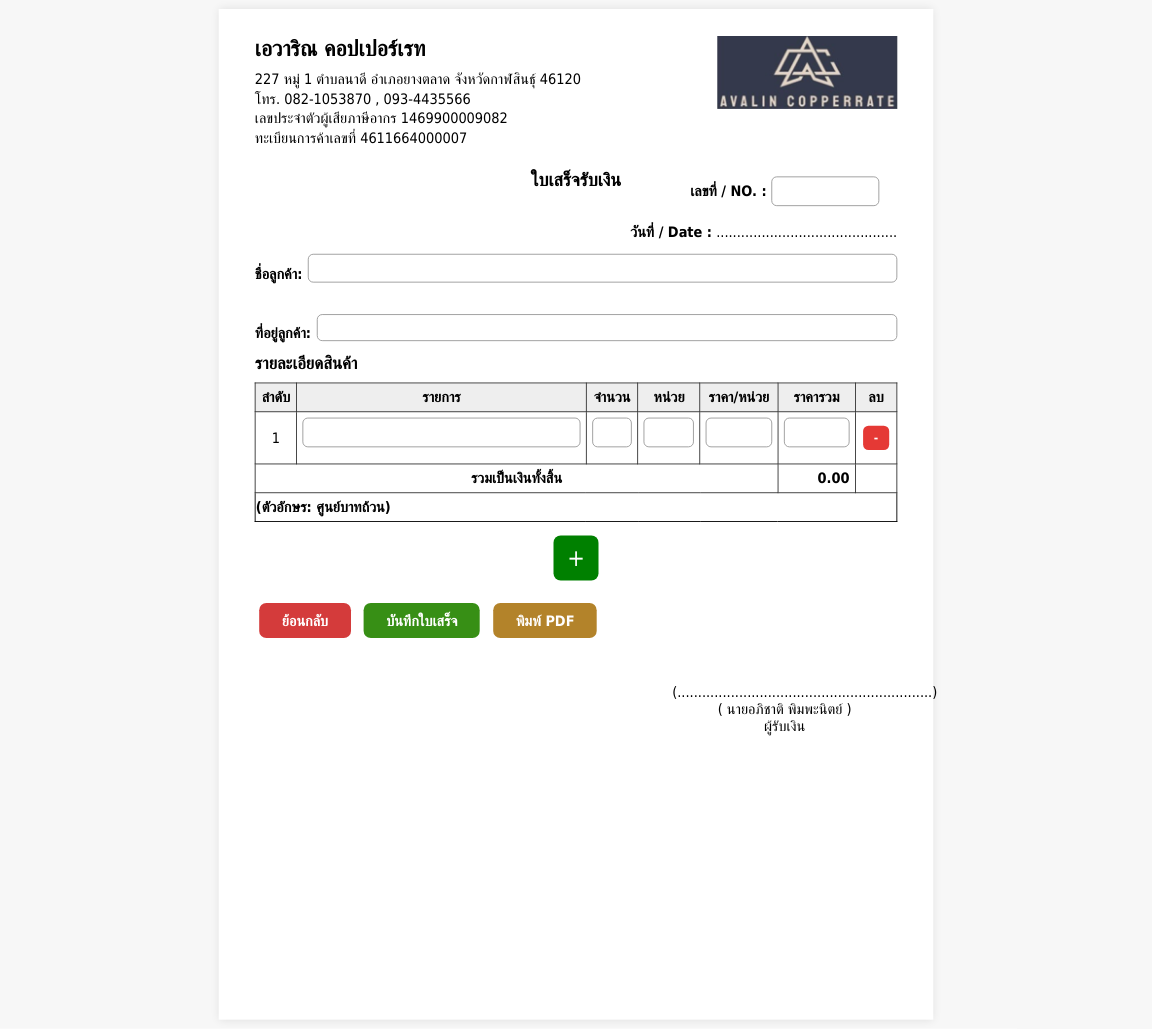
Repository: Hermesmercury88/shop_it
Page: quotation.html
An editor plug-in stored every save of this project. The page is shown before and after the next save, followed by the edit.
The browser window is 1280 px wide. The pictures show the whole page, at 90% of full size.
Some web fonts or font styles are not loaded; a fallback is used.

Above is the page before, as saved 2025-09-21 13:17:32.

After the next save:
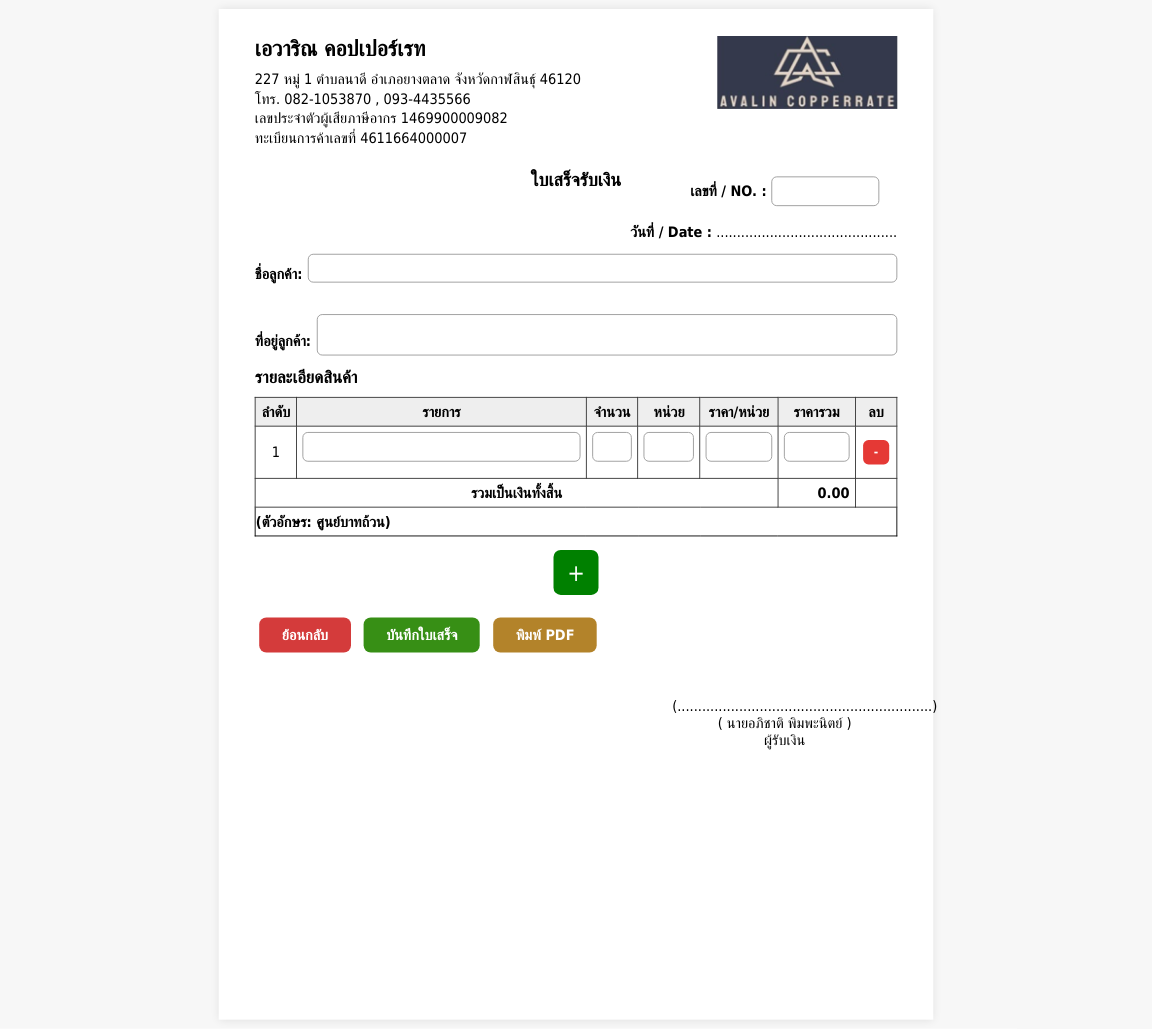
Saved 13 s later.
--- a/css/quotation.css
+++ b/css/quotation.css
@@ -134,7 +134,7 @@
 
 .customer-info textarea {
   resize: none;
-  line-height: 0.5;
+  line-height: 1;
   min-height: 30px;     /* กำหนดความสูงขั้นต่ำ */
   white-space: normal;
   word-wrap: break-word;

After the save that followed:
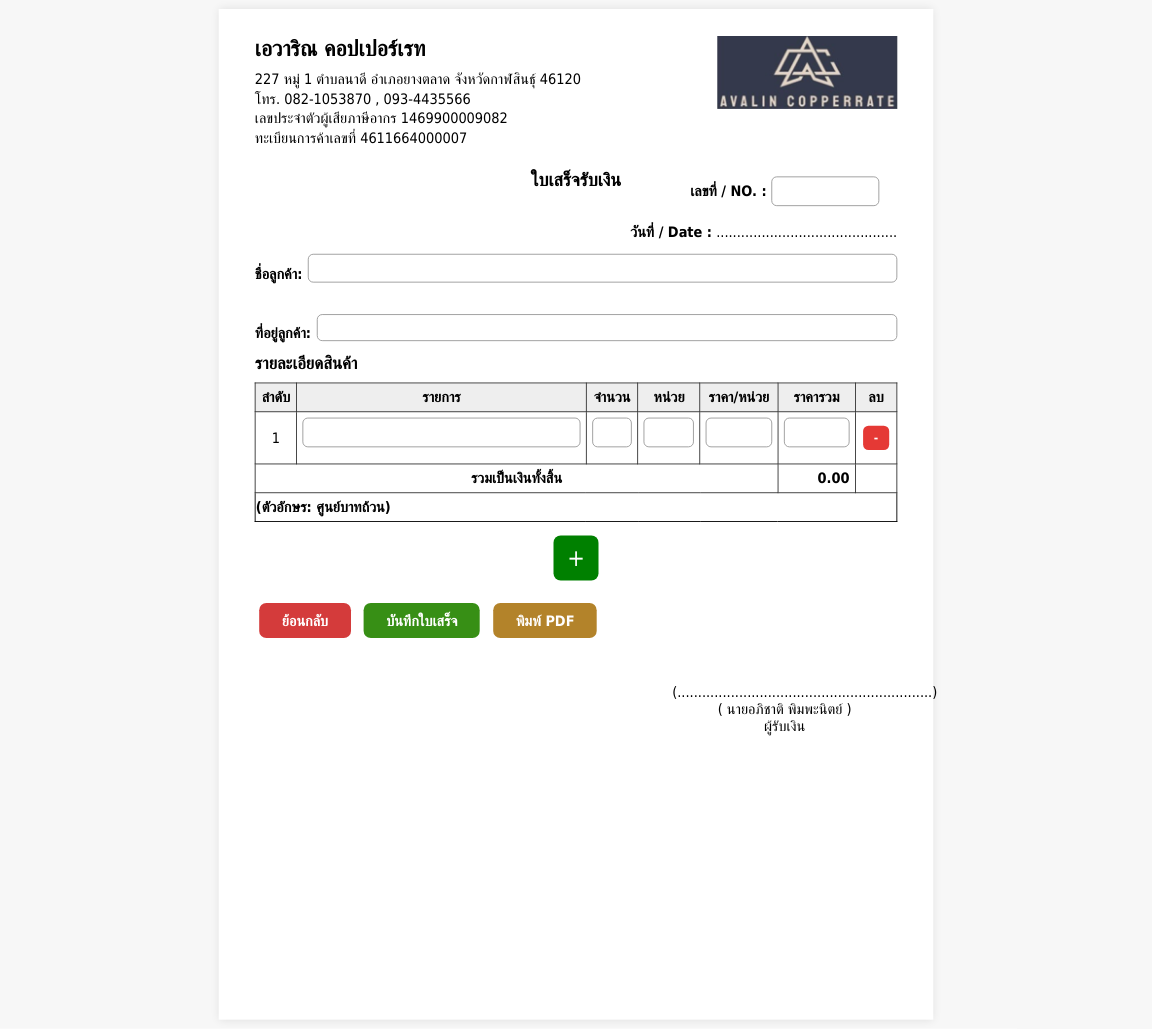
Saved 7 s later.
--- a/css/quotation.css
+++ b/css/quotation.css
@@ -134,7 +134,7 @@
 
 .customer-info textarea {
   resize: none;
-  line-height: 1;
+  line-height:0.5;
   min-height: 30px;     /* กำหนดความสูงขั้นต่ำ */
   white-space: normal;
   word-wrap: break-word;
